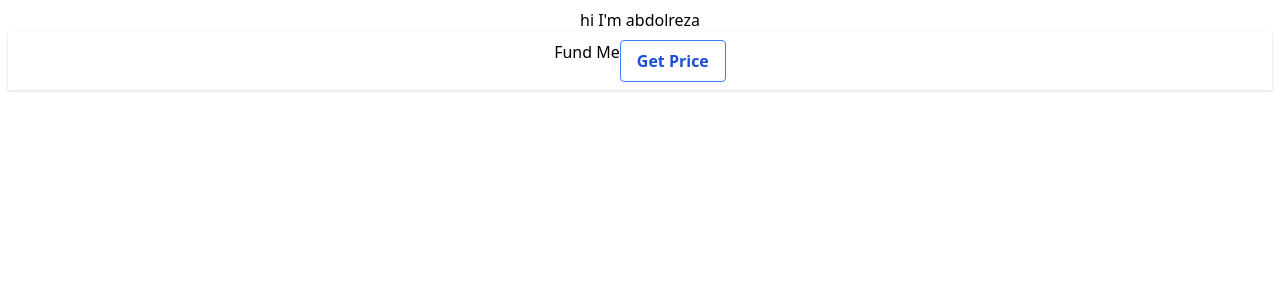
Repository: mavidev93/fund-me
Page: /
An editor plug-in stored every save of this project. The page is shown before and after the next save, followed by the edit.
The browser window is 1280 px wide. The pictures show the whole page.
The project was rebuilt for these pictures with package versions that can differ from the ones it lists, and the page was loaded fresh each time. Also part of the build but not shown: craco.config.js, src/App.css.

Above is the page before, as saved 2022-02-14 16:47:26.

### src/index.css
@tailwind base;
@tailwind components;
@tailwind utilities;
* {
  padding: 0;
  margin: 0;
  box-sizing: border-box;
}

### src/App.tsx
//react
import React from "react";

//app
import FundMeInterface from "./Components/FundmeInterface/FundMeInterface";

//styles
import "./App.css";

function App() {
  return (
    <div className="App p-2">
      <h1 className="text-center">hi I'm abdolreza</h1>
      <FundMeInterface />
    </div>
  );
}

export default App;

### src/Components/FundmeInterface/FundMeInterface.tsx
//third party
import { ethers } from "ethers";
//app
import FundMe from "../../artifacts/contracts/FundMe.sol/FundMe.json";

//type for ether js
declare let window: any;

//contract addresses
const fundMeAddress = "0x5FbDB2315678afecb367f032d93F642f64180aa3";

function FundMeInterface() {
  //event handlers
  const handleGetPrice = () => {};
  return (
    <div className="flex flex-row shadow p-2 justify-center ">
      <h2 className="text-center">Fund Me </h2>
      <button
        className="capitalize bg-transparent hover:bg-blue-500 text-blue-700 font-semibold hover:text-white py-2 px-4 border border-blue-500 hover:border-transparent rounded"
        onClick={handleGetPrice}
      >
        get price
      </button>
    </div>
  );
}

export default FundMeInterface;

Loaded but not shown: public/index.html (common file); src/index.tsx (common file); src/reportWebVitals.ts (common file)

After the next save:
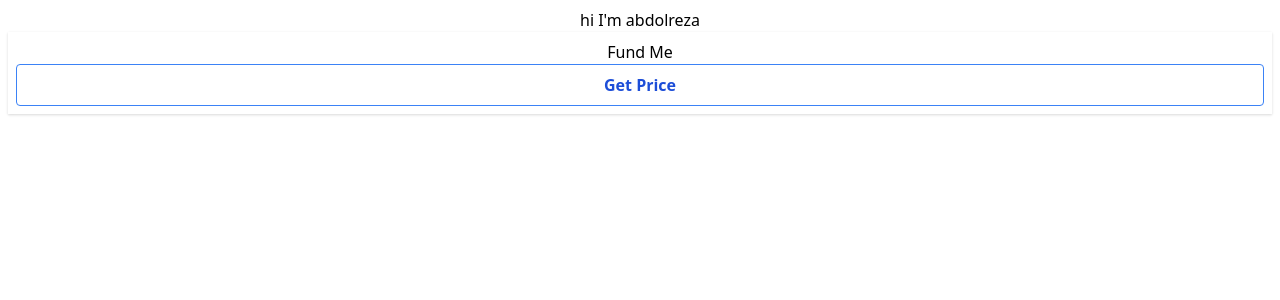
Saved 10 s later.
--- a/src/Components/FundmeInterface/FundMeInterface.tsx
+++ b/src/Components/FundmeInterface/FundMeInterface.tsx
@@ -13,7 +13,7 @@ function FundMeInterface() {
   //event handlers
   const handleGetPrice = () => {};
   return (
-    <div className="flex flex-row shadow p-2 justify-center ">
+    <div className="flex flex-col shadow p-2 justify-center ">
       <h2 className="text-center">Fund Me </h2>
       <button
         className="capitalize bg-transparent hover:bg-blue-500 text-blue-700 font-semibold hover:text-white py-2 px-4 border border-blue-500 hover:border-transparent rounded"
